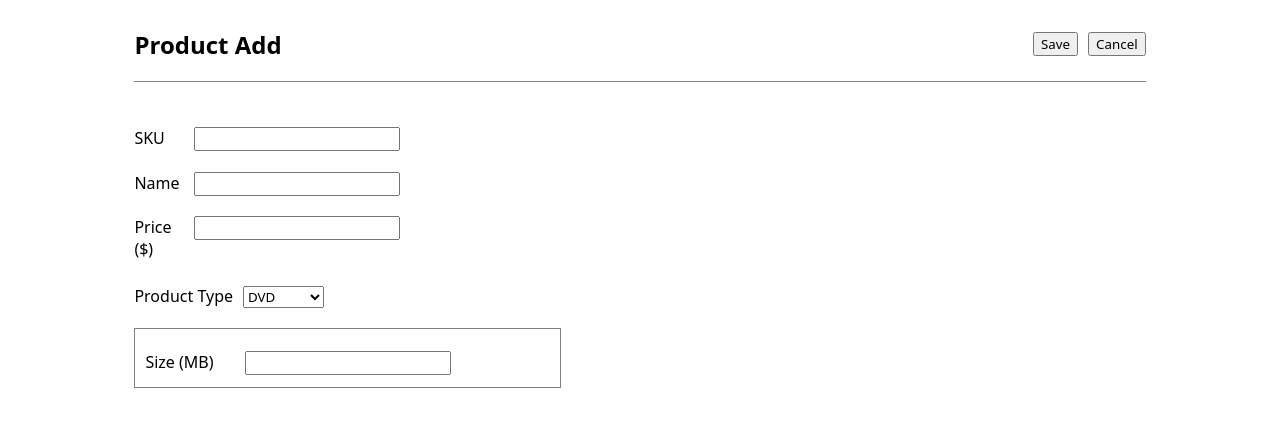
Repository: gabyto19/scandiweb
Page: http://localhost/addPage.php
The author's editor kept a copy of each file at every save. The page is drawn from the files as they stood at one save, then again after the next save.
The browser window is 1280 px wide. The pictures show the whole page.
Some web libraries are served in a nearby version. The page is run by PHP 8.4 with error messages shown; the project is at /var/www/html/.

Above is the page before, as saved 2023-03-07 17:43:05.

After the next save:
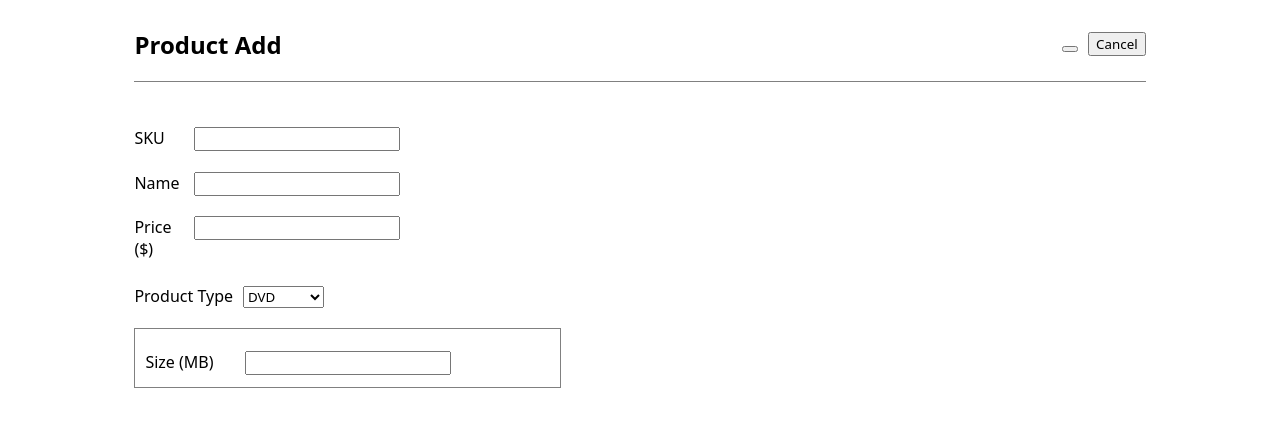
Saved 82 s later.
--- a/addPage.php
+++ b/addPage.php
@@ -16,7 +16,7 @@
         <nav>
             <h2>Product Add</h2>
             <div class="rightButtons">
-                <button @click="clearIt">Save</button>
+                <button @click="clearIt">{{}}</button>
                 <button class="delete-checkbox" id="delete-product-btn">
                     <a style="text-decoration: none; color: black" href="/">Cancel</a>
                 </button>
